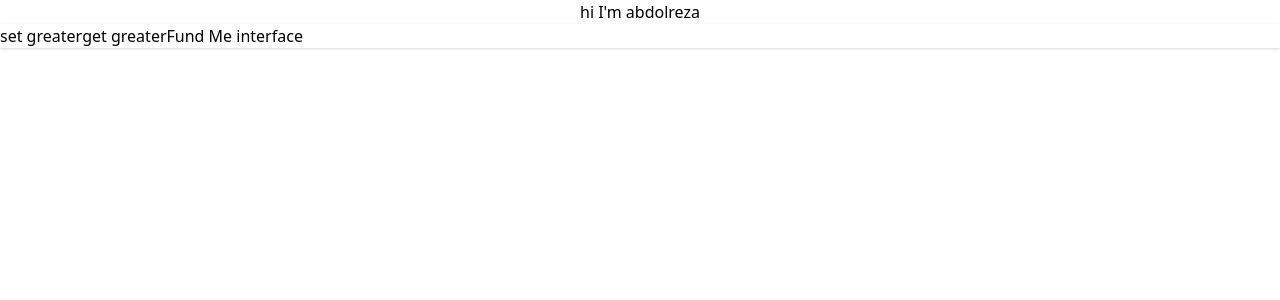
Repository: mavidev93/fund-me
Page: /
The author's editor kept a copy of each file at every save. The page is drawn from the files as they stood at one save, then again after the next save.
The browser window is 1280 px wide. The pictures show the whole page.
The project was rebuilt for these pictures with package versions that can differ from the ones it lists, and the page was loaded fresh each time. Also part of the build but not shown: craco.config.js, src/App.css.

Above is the page before, as saved 2022-02-14 13:44:36.

### src/index.css
@tailwind base;
@tailwind components;
@tailwind utilities;
* {
  padding: 0;
  margin: 0;
  box-sizing: border-box;
}

### src/App.tsx
//react
import React from "react";

//app
import FundMeInterface from "./Components/FundmeInterface/FundMeInterface";



//styles
import "./App.css";

function App() {
  return (
    <div className="App">
      <h1 className="text-center">hi I'm abdolreza</h1>
      <FundMeInterface />
    </div>
  );
}

export default App;

### src/Components/FundmeInterface/FundMeInterface.tsx
//third party
import { ethers } from "ethers";
//app
import FundMe from "../../artifacts/contracts/FundMe.sol/FundMe.json";
import Greeter from "../../artifacts/contracts/Greeter.sol/Greeter.json";

//type for ether js
declare let window: any;

//contract addresses
const fundMeAddress = "0xe7f1725e7734ce288f8367e1bb143e90bb3f0512";

const gretterAddress = "0x5fbdb2315678afecb367f032d93f642f64180aa3";

function FundMeInterface() {
  //event handlers
  const handleSetGretter = async () => {
    const provider = new ethers.providers.Web3Provider(window.ethereum);
    await provider.send("eth_requestAccounts", []);
    const signer = provider.getSigner();

    const gretter = new ethers.Contract(gretterAddress, Greeter.abi, signer);

    const tx = await gretter.setGreeting("abdolreza joon");
    console.log(tx);
  };

  const handleGetGreeter = () => {
    const provider = new ethers.providers.Web3Provider(window.ethereum);
    const greater = new ethers.Contract(gretterAddress, Greeter.abi, provider);
    console.log(greater.greet());
  };
  return (
    <div className="flex shadow">
      <button onClick={handleSetGretter}>set greater</button>
      <br />
      <button onClick={handleGetGreeter}>get greater</button>
      Fund Me interface
    </div>
  );
}

export default FundMeInterface;

Loaded but not shown: public/index.html (common file); src/index.tsx (common file); src/reportWebVitals.ts (common file); src/artifacts/contracts/Greeter.sol/Greeter.json (common file)

After the next save:
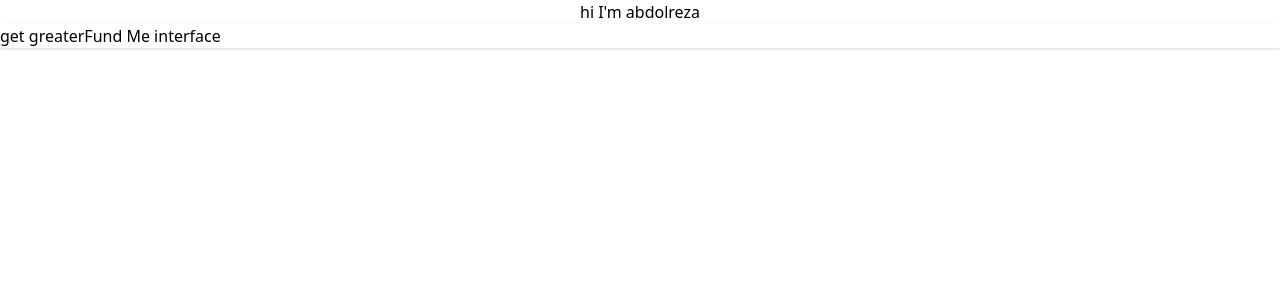
Saved 12 s later.
--- a/src/Components/FundmeInterface/FundMeInterface.tsx
+++ b/src/Components/FundmeInterface/FundMeInterface.tsx
@@ -32,7 +32,7 @@ function FundMeInterface() {
   };
   return (
     <div className="flex shadow">
-      <button onClick={handleSetGretter}>set greater</button>
+      {/* <button onClick={handleSetGretter}>set greater</button> */}
       <br />
       <button onClick={handleGetGreeter}>get greater</button>
       Fund Me interface
